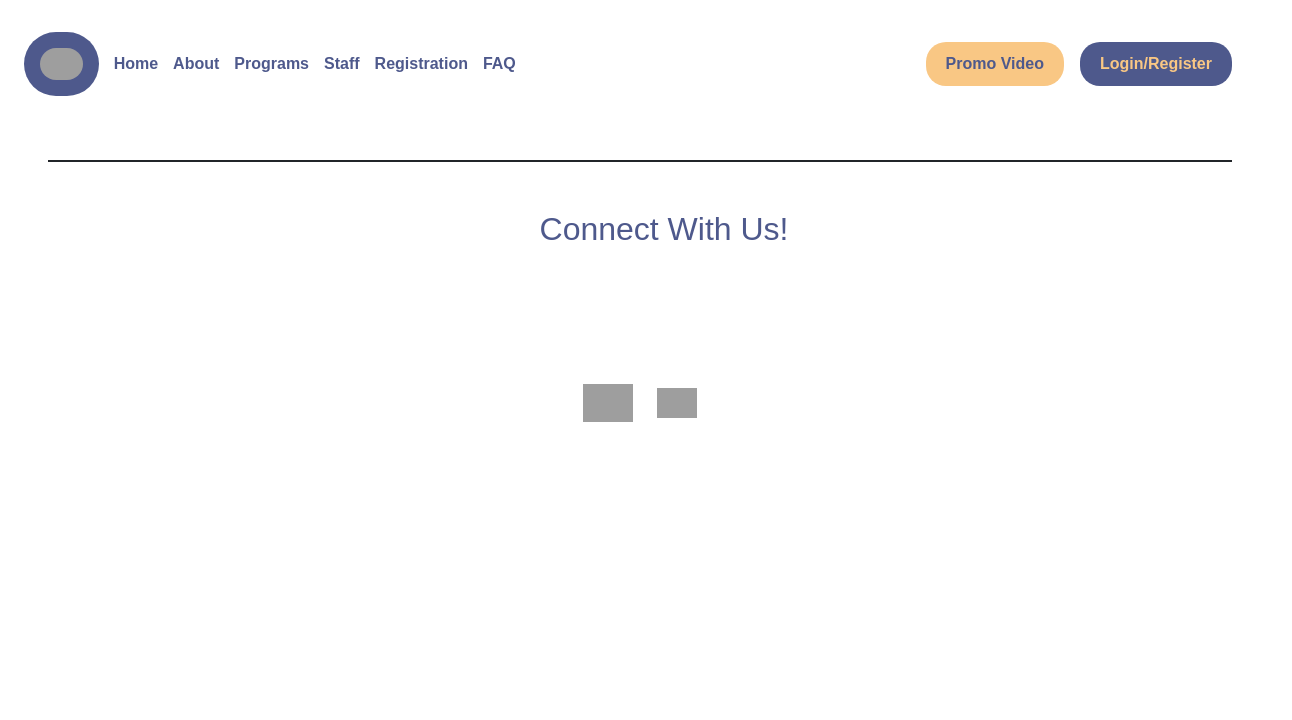
Repository: fullstackatbrown/project-necysc
Page: necysc_app/templates/necysc_app/base.html
An editor plug-in stored every save of this project. The page is shown before and after a run of saves, followed by the edit.
The browser window is 1280 px wide. The page is 1292 px wide, so the pictures cover 1292 px, including what lies to the right of the window. The pictures show the whole page.
Pictures or frames that could not be fetched are drawn as grey boxes. Some web fonts or font styles are not loaded; a fallback is used. The template is drawn by Django 5.2. The application's start-up code is not run. Other server files are loaded and not shown. The template is opened directly, without the code that normally fills it, so the values that code supplies are empty.

Above is the page before, as saved 2024-12-04 01:49:29.

### necysc_app/templates/necysc_app/base.html
<!DOCTYPE html>
<html lang="en">
	<!-- Header -->
	{% load static %} {% include 'necysc_app/header.html' %}

	<head>
		<!-- Required meta tags -->
		<meta charset="utf-8" />
		<meta name="viewport" content="width=device-width, initial-scale=1" />

		<!--Bootstrap CSS-->
		<link
			href="https://cdn.jsdelivr.net/npm/bootstrap@5.0.2/dist/css/bootstrap.min.css"
			rel="stylesheet"
			integrity="sha384-EVSTQN3/azprG1Anm3QDgpJLIm9Nao0Yz1ztcQTwFspd3yD65VohhpuuCOmLASjC"
			crossorigin="anonymous"
		/>

		<title>{% block title %} {% endblock %}</title>
		<link rel="preconnect" href="https://fonts.googleapis.com" />
		<link rel="preconnect" href="https://fonts.gstatic.com" crossorigin />
		<link
			href="https://fonts.googleapis.com/css2?family=Roboto+Mono:ital,wght@0,100..700;1,100..700&display=swap"
			rel="stylesheet"
		/>

		<!--global Hind font-->
		<link
			href="https://fonts.googleapis.com/css2?family=Hind:wght@400;500;600&display=swap"
			rel="stylesheet"
		/>
		<style>
			body {
				font-family: "Hind", sans-serif;
			}
		</style>

	</head>

	<body>
		<!-- Navbar -->
		{% include 'necysc_app/navbar.html' %}

		<!-- Content -->
		<div class="container">{% block content %} {% endblock %}</div>

		<!-- Footer -->
		{% include 'necysc_app/footer.html' %}

		<!--Bootstrap JavaScript Plugins-->
		<script
			src="https://cdn.jsdelivr.net/npm/bootstrap@5.0.2/dist/js/bootstrap.bundle.min.js"
			integrity="sha384-MrcW6ZMFYlzcLA8Nl+NtUVF0sA7MsXsP1UyJoMp4YLEuNSfAP+JcXn/tWtIaxVXM"
			crossorigin="anonymous"
		></script>
	</body>
</html>

### necysc_app/templates/necysc_app/header.html
<!-- Header -->
<head>
    <meta charset="UTF-8" />
    <!-- Bootstrap Imports -->
    <link
      href="https://cdn.jsdelivr.net/npm/bootstrap@5.0.2/dist/css/bootstrap.min.css"
      rel="stylesheet"
      integrity="sha384-EVSTQN3/azprG1Anm3QDgpJLIm9Nao0Yz1ztcQTwFspd3yD65VohhpuuCOmLASjC"
      crossorigin="anonymous"
    />
    <link
      href="https://cdn.jsdelivr.net/npm/bootstrap-icons@1.8.1/font/bootstrap-icons.css"
      rel="stylesheet"
    />
    <script
    src="https://cdn.jsdelivr.net/npm/bootstrap@5.0.2/dist/js/bootstrap.bundle.min.js"
    integrity="sha384-MrcW6ZMFYlzcLA8Nl+NtUVF0sA7MsXsP1UyJoMp4YLEuNSfAP+JcXn/tWtIaxVXM"
    crossorigin="anonymous"
    ></script>
    <meta name="viewport" content="width=device-width, initial-scale=1" />
    {% load static %}
    <link href="{% static 'necysc_app/style.css' %}" rel="stylesheet" />
    <link rel="icon" href="{%  static 'necysc_app/images/favicon.ico' %}">
</head>

### necysc_app/templates/necysc_app/navbar.html
<!DOCTYPE html>
<html>
<head>
    <title>Your Page Title</title>
    <style>
        a {
            font-weight: bold;
            text-decoration: none;
        }

        .dropdown {
            position: relative;
            display: inline-block;
        }

        .dropdown-content {
            display: none;
            position: absolute;
            background-color: #f9f9f9;
            min-width: 160px;
            box-shadow: 0px 8px 16px 0px rgba(0, 0, 0, 0.2);
            z-index: 10;
            top: 100%;
        }

        .dropdown-content a {
            color: #4e598c;
            padding: 12px 16px;
            text-decoration: none;
            display: block;
            transition: color 0.3s ease, background-color 0.3s ease;
        }

        .dropdown-content a:hover {
            background-color: #4e598c;
            color: #F9C784;
        }

        .dropdown:hover .dropdown-content {
            display: block;
        }

        .navbar-link {
            color: #4e598c;
            transition: color 0.3s ease;
        }

        .navbar-link:hover {
            color: #F9C784;
            background: #4e598c;
            transition: color 0.3s ease;
            padding: 10px 20px;
            border-radius: 9px;
        }

        .active {
            color: #F9C784;
            background: #4e598c;
            padding: 10px 20px;
            text-decoration: none;
            border-radius: 9px;
        }


        .btn-login {
            background-color: #4e598c;
            color: #F9C784;
            transition: all 0.3s ease;
            padding: 10px 20px;
            border-radius: 20px;
            display: inline-block;
            text-align: center;
        }

        .btn-login:hover {
            background-color: #F9C784;
            color: #FFFFFF;
        }

        .btn-padding {
            padding: 10px 20px;
            border-radius: 20px;
            display: inline-block;
            text-align: center;
            background: #F9C784;
            color: #4e598c;
            transition: all 0.3s ease;
        }

        .btn-padding:hover {
            background-color: #4e598c;
            color: #ffffff;
        }


        .col-auto {
            display: flex;
            align-items: center;
        }

        img {
            height: 4rem;
            max-width: 100%;
        }

        #logobutton {
            background-color: #4e598c;
            transition: all 0.3s ease;
        }

        #logobutton:hover {
            background-color: #F9C784;
            color: #FFFFFF;
        }
    </style>
</head>
<body>

<!-- navbar sticky -->
{% load static %}
<div class="row mt-2 pt-4 pb-4 mb-3 d-flex ps-4 pe-5 align-items-center gap-3 sticky-top bg-bi-white bg-white row">

    <input type="checkbox" id="menu-toggle" class="menu-toggle">
    <label for="menu-toggle" class="hamburger">
        &#9776;
    </label>

    <div class="nav-links">

        <div class="col-auto">
            <a href="{% url 'necysc_app:index' %}" id="logo-link">
                <img src="https://www.necysc.org/v2/images/logo2.png" alt="Your Image Description" id="logobutton" class="rounded-pill p-3"/>
            </a>
        </div>

        <div class="dropdown col-auto">
            {% if request.user.is_authenticated %}
            <a href="{% url 'necysc_app:home' %}" class="navbar-link {% if request.path == '/' %}active{% endif %}">Applicant Home</a>
            {% else %}
            <a href="{% url 'necysc_app:index' %}" class="navbar-link {% if request.path == '/' %}active{% endif %}">Home</a>
            {% endif %}
        </div>

        {% if not request.user.is_authenticated %}
        <div class="dropdown col-auto">
            <a href="{% url 'necysc_app:about' %}" class="navbar-link {% if request.path == '/about/' %}active{% endif %}">About</a>
            <div class="dropdown-content">
                <a href="{% url 'necysc_app:about' %}#sponsors">Sponsors</a>
                <a href="{% url 'necysc_app:about' %}#contact">Contact Us</a>
            </div>
        </div>

        <div class="dropdown col-auto">
            <a href="{% url 'necysc_app:programs' %}" class="navbar-link {% if request.path == '/programs/' %}active{% endif %}">Programs</a>
            <div class="dropdown-content">
                <a href="{% url 'necysc_app:programs' %}#day">Day Camp</a>
                <a href="{% url 'necysc_app:programs' %}#on">Overnight Camp</a>
                <a href="{% url 'necysc_app:programs' %}#ea">ExplorAsian</a>
            </div>
        </div>

        <div class="dropdown col-auto">
            <a href="{% url 'necysc_app:staff' %}" class="navbar-link {% if request.path == '/staff/' %}active{% endif %}">Staff</a>
            <div class="dropdown-content">
                <a href="{% url 'necysc_app:staff' %}#cit">CIT</a>
                <a href="{% url 'necysc_app:staff' %}#counselor">Counselor</a>
                <a href="{% url 'necysc_app:staff' %}#ra">RA</a>
                <a href="{% url 'necysc_app:staff' %}#ops">OPs</a>
                <a href="{% url 'necysc_app:staff' %}#committee">Committee</a>
            </div>
        </div>

        <div class="dropdown col-auto">
            <a href="{% url 'necysc_app:registration' %}" class="navbar-link {% if request.path == '/registration/' %}active{% endif %}">Registration</a>
            <div class="dropdown-content">
                <a href="{% url 'necysc_app:registration' %}#importantdates">2025 Important Dates</a>
                <a href="{% url 'necysc_app:registration' %}#financialaid">Financial Aid</a>
            </div>
        </div>

        <div class="dropdown col-auto">
            <a href="{% url 'necysc_app:faq' %}" class="navbar-link {% if request.path == '/faq/' %}active{% endif %}">FAQ</a>
            <div class="dropdown-content">
                <a href="{% url 'necysc_app:faq' %}#faqregistration">Registration</a>
                <a href="{% url 'necysc_app:faq' %}#faqleavingcamp">Leaves and Visits</a>
                <a href="{% url 'necysc_app:faq' %}#faqhealth">Health and Safety</a>
                <a href="{% url 'necysc_app:faq' %}#camp">Camp Activities</a>
            </div>
        </div>
        {% endif %}

        <div class="col-auto ms-auto">
            <a href="https://youtu.be/PPZ1zu8fGl0?si=h436QWcB9vHQeV_G" target="_blank" class="btn-padding me-3">Promo Video</a>
            {% if request.user.is_authenticated %}
            <a href="{% url 'necysc_app:logout' %}" class="btn-login">Logout</a>
            {% else %}
            <a href="{% url 'necysc_app:login' %}" class="btn-login">Login/Register</a>
            {% endif %}
        </div>
    </div>
</div>

</body>
</html>

### necysc_app/templates/necysc_app/footer.html
<!-- Footer -->
<footer class="pt-4" id="contact">
  <div class="ms-5 me-5 mb-5 bg-dark" style="height: 2px;"></div>

  <h2 class="ps-5 mb-3 mt-5 text-center" style="color: #4e598c;">Connect With Us!</h2>
  <p class="ps-5 text-center" style="color: white;">General Inquiries:
    <a href="mailto:registration@necysc.org" style="color: white">registration@necysc.org</a>
  </p>
  <p class="ps-5 text-center" style="color: white;"> Director:
    <a href="mailto:registration@necysc.org" style="color: white">director@necysc.org</a>
  </p>
  <p class="ps-5 text-center" style="color: white;"> Assistant Director:
    <a href="mailto:registration@necysc.org" style="color: white">assistantdirector@necysc.org</a>
  </p>

  <div class="row text-center align-items-center justify-content-center">
    <div class="col-auto">
        <a href="https://www.instagram.com/NECYSC/"  target="_blank">
            <img src="https://cdn.freebiesupply.com/images/large/2x/instagram-icon-white-on-black.png" alt="Instagram Logo" style="width: 50px; height: auto;">
        </a>
    </div>
    <div class="col-auto">
      <a href="https://www.facebook.com/NECYSC"target="_blank">
          <img src="https://www.freepnglogos.com/uploads/logo-facebook-png/logo-facebook-facebook-logo-png-transparent-svg-vector-bie-supply-18.png" alt="Facebook Logo" style="width: 40px; height: auto;">
      </a>
    </div>
  </div>


  <!-- Copyright -->

  <div class="text-center p-4" style="color: white;" >
    © 2024 Copyright.
    <a class="text-reset" href="https://necysc.org/">necysc.org</a>
  </div>

</footer>
<!-- Footer -->

### necysc_app/static/necysc_app/style.css
.hero-section {
  position: relative;
  background-size: cover;
  background-position: center;
  background-repeat: no-repeat;
  color: white;
  height: 60vh;
  display: flex;
  align-items: center;
  justify-content: center;
  overflow: hidden;
}

.hero-section .overlay {
  position: absolute;
  top: 0;
  left: 0;
  width: 100%;
  height: 100%;
  background-color: rgba(0, 0, 0, 0.5);
  z-index: 1;
}

.hero-section .position-relative {
  z-index: 2;
}

.btn-purple {
  background-color: #4e598c;
  color: #f9c784;
  transition: all 0.3s ease;
  padding: 10px 20px;
  border-radius: 20px;
  display: inline-block;
  text-align: center;
  text-decoration: none;
  outline: none;
  border: none;
}

.btn-purple:hover {
  background-color: #f9c784;
  color: #ffffff;
}


.accordion-item .accordion-button:not(.collapsed) {
  background-color: #4e598c; /* Darker purple when open */
  color: #ffffff; /* White text for contrast */
}


.menu-toggle {
  display: none;
}

.hamburger {
  display: none;
  font-size: 24px;
  cursor: pointer;
  color: #4e598c;
}


.nav-links {
  display: flex;
  gap: 15px;
}


@media (max-width: 768px) {
  .nav-links {
      display: none;
      flex-direction: column;
      background-color: white;
      position: absolute;
      top: 60px;
      right: 0;
      width: 100%;
      padding: 10px;
      z-index: 1000;
  }

  .menu-toggle:checked + .hamburger + .nav-links {
      display: flex;
  }

  .hamburger {
      display: block;
  }
}

.optional {
  color: gray;
  font-style: italic;
}

.white-link {
  color: #ffffff;
  text-decoration: none;
  transition: color 0.3s ease;
}

.white-link:hover {
  color: #cccccc;
}

.welcome-title {
  color: white;
}

After the next 3 saves:
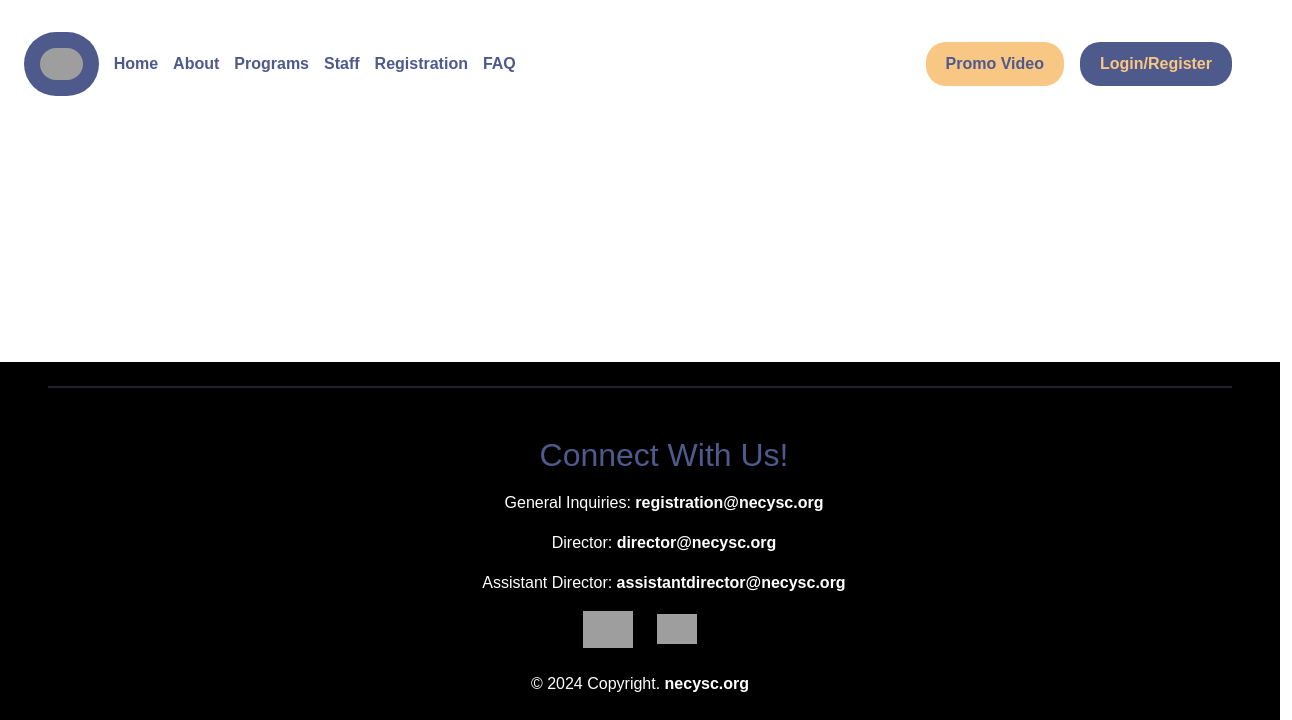
The 3 saves are shown as one change because they came seconds apart.
The last was saved 99 s later.
--- a/necysc_app/static/necysc_app/style.css
+++ b/necysc_app/static/necysc_app/style.css
@@ -108,3 +108,12 @@
 .welcome-title {
   color: white;
 }
+
+footer {
+  position: fixed;
+  bottom: 0;
+  left: 0;
+  width: 100%;
+  background-color: #000;
+  z-index: 10;
+}

After the save that followed:
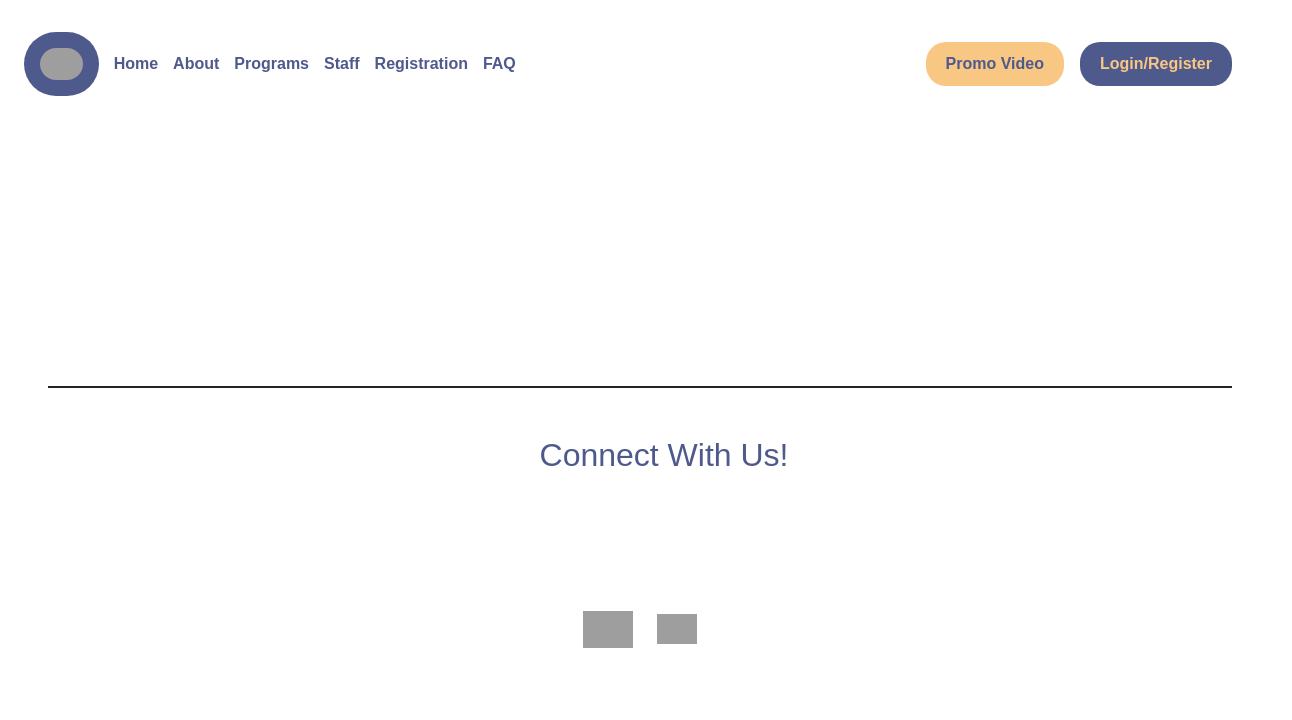
Saved 19 s later.
--- a/necysc_app/static/necysc_app/style.css
+++ b/necysc_app/static/necysc_app/style.css
@@ -114,6 +114,6 @@ footer {
   bottom: 0;
   left: 0;
   width: 100%;
-  background-color: #000;
+
   z-index: 10;
 }
